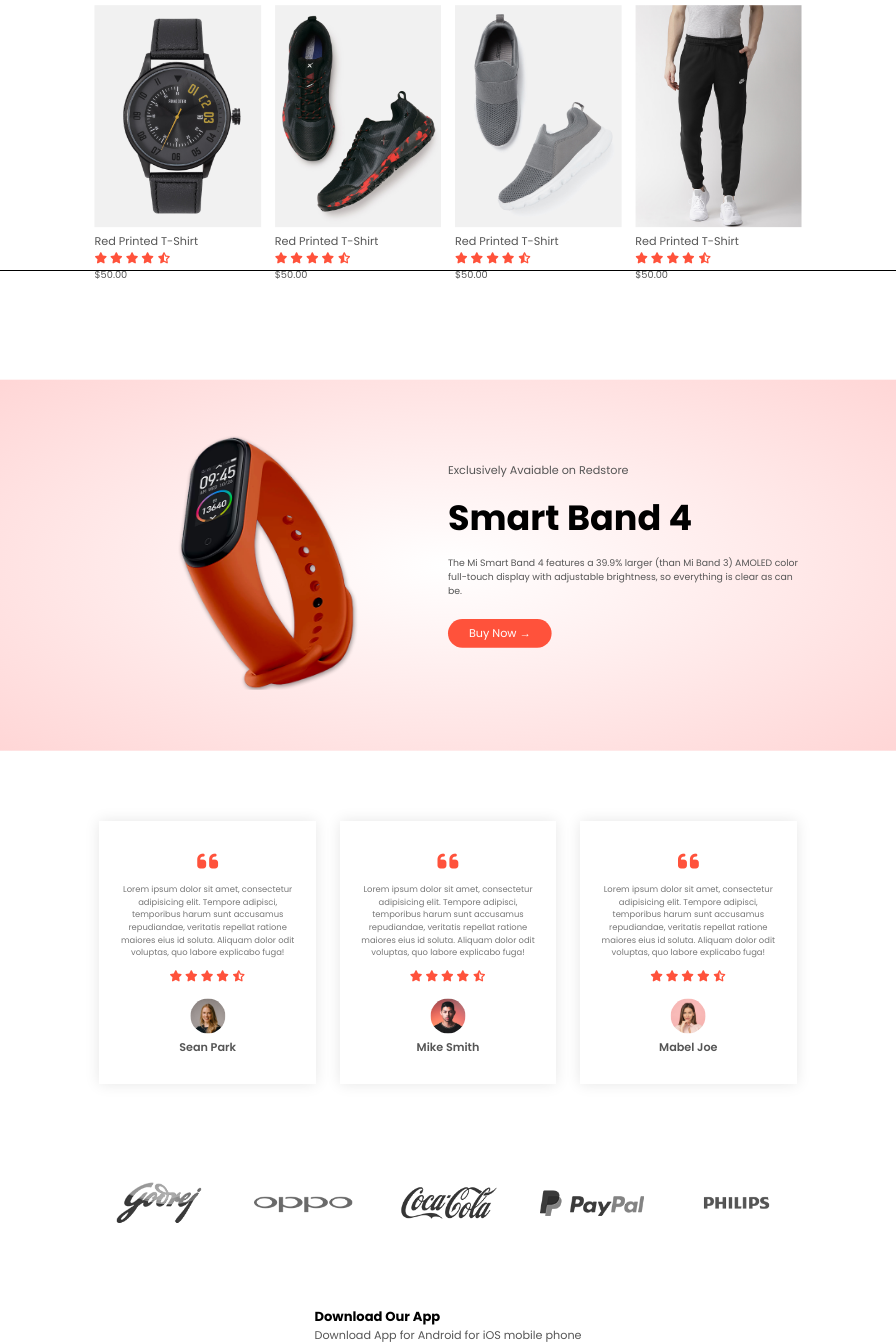
Repository: datvu1608/redsportstore
Page: index.html
The author's editor kept a copy of each file at every save. The page is drawn from the files as they stood at one save, then again after the next save.
The browser window is 1280 px wide. The pictures show the part of the page from y = 2518 to 4438 px (the page is 4438 px tall), at 70% of full size.

Above is the page before, as saved 2023-11-23 15:09:43.

### index.html
<!DOCTYPE html>
<html lang="en">
  <head>
    <meta charset="UTF-8" />
    <meta name="viewport" content="width=device-width, initial-scale=1.0" />
    <title>Restore | Ecommerce Website Design</title>
    <link
      href="https://fonts.googleapis.com/css2?family=Poppins:wght@300;400;500;600;700&display=swap"
      rel="stylesheet"
    />
    <link
      rel="stylesheet"
      href="https://cdnjs.cloudflare.com/ajax/libs/font-awesome/6.4.2/css/all.min.css"
    />
    <link rel="stylesheet" href="./styles.css" />
  </head>
  <body>
    <div class="header">
      <div class="container">
        <div class="navbar">
          <div class="logo">
            <img src="./images/logo.png" alt="" width="125px" />
          </div>
          <nav>
            <ul>
              <li>
                <a href="#">Home</a>
              </li>
              <li>
                <a href="#">Products</a>
              </li>
              <li>
                <a href="#">About</a>
              </li>
              <li>
                <a href="#">Contact</a>
              </li>
              <li>
                <a href="#">Account</a>
              </li>
            </ul>
          </nav>
          <img
            src="./images/cart.png"
            width="30px"
            height="30px"
            alt="cart-icon"
          />
        </div>
        <div class="row">
          <div class="col-2">
            <h1>Give Your Workout <br />A New Style!</h1>
            <p>
              Succes isn't always about greatness. It's about consistency.
              Consistent hard work gains success. Greatness will come.
            </p>
            <a href="" class="btn">Explore Now &#8594;</a>
          </div>
          <div class="col-2">
            <img src="./images/image1.png" alt="" />
          </div>
        </div>
      </div>
    </div>
    <!-- featured categories -->
    <div class="categories">
      <div class="small-container">
        <div class="row">
          <div class="col-3">
            <img src="./images/category-1.jpg" alt="" />
          </div>
          <div class="col-3">
            <img src="./images/category-2.jpg" alt="" />
          </div>
          <div class="col-3">
            <img src="./images/category-3.jpg" alt="" />
          </div>
        </div>
      </div>
    </div>
    <!-- featured-products -->
    <div class="small-container">
      <h2 class="title">Featured Products</h2>
      <div class="row">
        <div class="col-4">
          <img src="./images/product-1.jpg" alt="" />
          <h4>Red Printed T-Shirt</h4>
          <div class="rating">
            <i class="fa-solid fa-star"></i>
            <i class="fa-solid fa-star"></i>
            <i class="fa-solid fa-star"></i>
            <i class="fa-solid fa-star"></i>
            <i class="fa-regular fa-star"></i>
          </div>
          <p>$50.00</p>
        </div>
        <div class="col-4">
          <img src="./images/product-2.jpg" alt="" />
          <h4>Red Printed T-Shirt</h4>
          <div class="rating">
            <i class="fa-solid fa-star"></i>
            <i class="fa-solid fa-star"></i>
            <i class="fa-solid fa-star"></i>
            <i class="fa-solid fa-star"></i>
            <i class="fa-regular fa-star"></i>
          </div>
          <p>$50.00</p>
        </div>
        <div class="col-4">
          <img src="./images/product-3.jpg" alt="" />
          <h4>Red Printed T-Shirt</h4>
          <div class="rating">
            <i class="fa-solid fa-star"></i>
            <i class="fa-solid fa-star"></i>
            <i class="fa-solid fa-star"></i>
            <i class="fa-solid fa-star"></i>
            <i class="fa-solid fa-star-half-stroke"></i>
          </div>
          <p>$50.00</p>
        </div>
        <div class="col-4">
          <img src="./images/product-4.jpg" alt="" />
          <h4>Red Printed T-Shirt</h4>
          <div class="rating">
            <i class="fa-solid fa-star"></i>
            <i class="fa-solid fa-star"></i>
            <i class="fa-solid fa-star"></i>
            <i class="fa-solid fa-star"></i>
            <i class="fa-solid fa-star-half-stroke"></i>
          </div>
          <p>$50.00</p>
        </div>
      </div>
      <h2 class="title">Lates Products</h2>
      <div class="row">
        <div class="col-4">
          <img src="./images/product-5.jpg" alt="" />
          <h4>Red Printed T-Shirt</h4>
          <div class="rating">
            <i class="fa-solid fa-star"></i>
            <i class="fa-solid fa-star"></i>
            <i class="fa-solid fa-star"></i>
            <i class="fa-solid fa-star"></i>
            <i class="fa-regular fa-star"></i>
          </div>
          <p>$50.00</p>
        </div>
        <div class="col-4">
          <img src="./images/product-6.jpg" alt="" />
          <h4>Red Printed T-Shirt</h4>
          <div class="rating">
            <i class="fa-solid fa-star"></i>
            <i class="fa-solid fa-star"></i>
            <i class="fa-solid fa-star"></i>
            <i class="fa-solid fa-star"></i>
            <i class="fa-regular fa-star"></i>
          </div>
          <p>$50.00</p>
        </div>
        <div class="col-4">
          <img src="./images/product-7.jpg" alt="" />
          <h4>Red Printed T-Shirt</h4>
          <div class="rating">
            <i class="fa-solid fa-star"></i>
            <i class="fa-solid fa-star"></i>
            <i class="fa-solid fa-star"></i>
            <i class="fa-solid fa-star"></i>
            <i class="fa-solid fa-star-half-stroke"></i>
          </div>
          <p>$50.00</p>
        </div>
        <div class="col-4">
          <img src="./images/product-8.jpg" alt="" />
          <h4>Red Printed T-Shirt</h4>
          <div class="rating">
            <i class="fa-solid fa-star"></i>
            <i class="fa-solid fa-star"></i>
            <i class="fa-solid fa-star"></i>
            <i class="fa-solid fa-star"></i>
            <i class="fa-solid fa-star-half-stroke"></i>
          </div>
          <p>$50.00</p>
        </div>
        <div class="col-4">
          <img src="./images/product-9.jpg" alt="" />
          <h4>Red Printed T-Shirt</h4>
          <div class="rating">
            <i class="fa-solid fa-star"></i>
            <i class="fa-solid fa-star"></i>
            <i class="fa-solid fa-star"></i>
            <i class="fa-solid fa-star"></i>
            <i class="fa-solid fa-star-half-stroke"></i>
          </div>
          <p>$50.00</p>
        </div>
        <div class="col-4">
          <img src="./images/product-10.jpg" alt="" />
          <h4>Red Printed T-Shirt</h4>
          <div class="rating">
            <i class="fa-solid fa-star"></i>
            <i class="fa-solid fa-star"></i>
            <i class="fa-solid fa-star"></i>
            <i class="fa-solid fa-star"></i>
            <i class="fa-solid fa-star-half-stroke"></i>
          </div>
          <p>$50.00</p>
        </div>
        <div class="col-4">
          <img src="./images/product-11.jpg" alt="" />
          <h4>Red Printed T-Shirt</h4>
          <div class="rating">
            <i class="fa-solid fa-star"></i>
            <i class="fa-solid fa-star"></i>
            <i class="fa-solid fa-star"></i>
            <i class="fa-solid fa-star"></i>
            <i class="fa-solid fa-star-half-stroke"></i>
          </div>
          <p>$50.00</p>
        </div>
        <div class="col-4">
          <img src="./images/product-12.jpg" alt="" />
          <h4>Red Printed T-Shirt</h4>
          <div class="rating">
            <i class="fa-solid fa-star"></i>
            <i class="fa-solid fa-star"></i>
            <i class="fa-solid fa-star"></i>
            <i class="fa-solid fa-star"></i>
            <i class="fa-solid fa-star-half-stroke"></i>
          </div>
          <p>$50.00</p>
        </div>
      </div>
    </div>
    <!-- offer -->
    <div class="offer">
      <div class="small-container">
        <div class="row">
          <div class="col-2">
            <img src="./images/exclusive.png" class="offer-img" alt="" />
          </div>
          <div class="col-2">
            <p>Exclusively Avaiable on Redstore</p>
            <h1>Smart Band 4</h1>
            <small
              >The Mi Smart Band 4 features a 39.9% larger (than Mi Band 3)
              AMOLED color full-touch display with adjustable brightness, so
              everything is clear as can be.
            </small>
            <a href="#" class="btn">Buy Now &#8594;</a>
          </div>
        </div>
      </div>
    </div>
    <!-- testimonial -->
    <div class="testimonial">
      <div class="small-container">
        <div class="row">
          <div class="col-3">
            <i class="fa-solid fa-quote-left"></i>
            <p>
              Lorem ipsum dolor sit amet, consectetur adipisicing elit. Tempore
              adipisci, temporibus harum sunt accusamus repudiandae, veritatis
              repellat ratione maiores eius id soluta. Aliquam dolor odit
              voluptas, quo labore explicabo fuga!
            </p>
            <div class="rating">
              <i class="fa-solid fa-star"></i>
              <i class="fa-solid fa-star"></i>
              <i class="fa-solid fa-star"></i>
              <i class="fa-solid fa-star"></i>
              <i class="fa-solid fa-star-half-stroke"></i>
            </div>
            <img src="./images/user-1.png" alt="" />
            <h3>Sean Park</h3>
          </div>
          <div class="col-3">
            <i class="fa-solid fa-quote-left"></i>
            <p>
              Lorem ipsum dolor sit amet, consectetur adipisicing elit. Tempore
              adipisci, temporibus harum sunt accusamus repudiandae, veritatis
              repellat ratione maiores eius id soluta. Aliquam dolor odit
              voluptas, quo labore explicabo fuga!
            </p>
            <div class="rating">
              <i class="fa-solid fa-star"></i>
              <i class="fa-solid fa-star"></i>
              <i class="fa-solid fa-star"></i>
              <i class="fa-solid fa-star"></i>
              <i class="fa-solid fa-star-half-stroke"></i>
            </div>
            <img src="./images/user-2.png" alt="" />
            <h3>Mike Smith</h3>
          </div>
          <div class="col-3">
            <i class="fa-solid fa-quote-left"></i>
            <p>
              Lorem ipsum dolor sit amet, consectetur adipisicing elit. Tempore
              adipisci, temporibus harum sunt accusamus repudiandae, veritatis
              repellat ratione maiores eius id soluta. Aliquam dolor odit
              voluptas, quo labore explicabo fuga!
            </p>
            <div class="rating">
              <i class="fa-solid fa-star"></i>
              <i class="fa-solid fa-star"></i>
              <i class="fa-solid fa-star"></i>
              <i class="fa-solid fa-star"></i>
              <i class="fa-solid fa-star-half-stroke"></i>
            </div>
            <img src="./images/user-3.png" alt="" />
            <h3>Mabel Joe</h3>
          </div>
        </div>
      </div>
    </div>
    <!-- brands -->
    <div class="brands">
      <div class="small-container">
        <div class="row">
          <div class="col-5">
            <img src="./images/logo-godrej.png" alt="" />
          </div>
          <div class="col-5">
            <img src="./images/logo-oppo.png" alt="" />
          </div>
          <div class="col-5">
            <img src="./images/logo-coca-cola.png" alt="" />
          </div>
          <div class="col-5">
            <img src="./images/logo-paypal.png" alt="" />
          </div>
          <div class="col-5">
            <img src="./images/logo-philips.png" alt="" />
          </div>
        </div>
      </div>
    </div>
    <!-- footer -->
    <div class="footer">
      <div class="container">
        <div class="row">
          <div class="footer-col-1">
            <h3>Download Our App</h3>
            <p>Download App for Android for iOS mobile phone</p>
          </div>
        </div>
      </div>
    </div>
  </body>
</html>

### styles.css
* {
  margin: 0;
  padding: 0;
  box-sizing: border-box;
}
body {
  font-family: 'Poppins', sans-serif;
}
a {
  text-decoration: none;
}
.navbar {
  display: flex;
  align-items: center;
  padding: 20px;
}
nav {
  flex: 1;
  text-align: right;
}
nav ul {
  display: inline-block;
  list-style-type: none;
}
nav ul li {
  display: inline-block;
  margin-right: 20px;
}
nav ul li a {
  text-decoration: none;
  color: #555;
}

p {
  color: #555;
}
.container {
  max-width: 1300px;
  margin: auto;
  padding-left: 25px;
  padding-right: 25px;
}
.row {
  display: flex;
  align-items: center;
  flex-wrap: wrap;
  justify-content: space-around;
}
.col-2 {
  flex-basis: 50%;
  min-width: 300px;
}
.col-2 img {
  max-width: 100%;
  padding: 50px 0;
}
.col-2 h1 {
  font-size: 50px;
  line-height: 60px;
  margin: 25px 0;
}
.btn {
  display: inline-block;
  background: #ff523b;
  border-radius: 30px;
  color: #fff;
  padding: 8px 30px;
  margin: 30px 0;
  transition: 0.5s;
}
.btn:hover {
  background: #563434;
}
.header {
  background: radial-gradient(#fff, #ffd6d6);
}
.header .row {
  margin-top: 70px;
}

.categories {
  margin: 70px 0;
}
.col-3 {
  flex-basis: 30%;
  min-width: 250px;
  margin-bottom: 30px;
}
.col-3 img {
  width: 100%;
}
.small-container {
  max-width: 1080px;
  margin: auto;
  padding-left: 25px;
  padding-right: 25px;
}
.col-4 {
  flex-basis: 25%;
  padding: 10px;
  min-width: 200px;
  margin-bottom: 50px;
  transition: 0.5s;
}
.col-4 img {
  width: 100%;
}

.title {
  text-align: center;
  margin: 0 auto 80px;
  position: relative;
  line-height: 60px;
  color: #555;
}
.title::after {
  content: '';
  background: #ff523b;
  width: 80px;
  height: 5px;
  position: absolute;
  border-radius: 5px;
  bottom: 0;
  left: 50%;
  transform: translateX(-50%);
}
h4 {
  color: #555;
  font-weight: normal;
}
.col-4 p {
  font-size: 14px;
}
.rating .fa-star,
.fa-star-half-stroke {
  color: #ff523b;
}

.col-4:hover {
  transform: translateY(-10px);
}
.offer {
  background: radial-gradient(#fff, #ffd6d6);
  margin-top: 80px;
  padding: 30px 0;
}
.col-2 .offer-img {
  padding: 50px;
}
small {
  color: #555;
  display: block;
}

/* Testimonial */
.testimonial {
  padding-top: 100px;
}
.testimonial .col-3 {
  text-align: center;
  padding: 40px 20px;
  box-shadow: 0 0 20px 0px rgba(0, 0, 0, 0.1);
  cursor: pointer;
  transition: transform 0.5s;
}
.testimonial .col-3 img {
  width: 50px;
  margin-top: 20px;
  border-radius: 50%;
}
.testimonial .col-3:hover {
  transform: translateY(-10px);
}
.fa-solid.fa-quote-left {
  font-size: 34px;
  color: #ff523b;
}
.col-3 p {
  font-size: 12px;
  margin: 12px 0;
  color: #777;
}
.testimonial .col-3 h3 {
  font-weight: 600;
  color: #555;
  font-size: 16px;
}
/* brands */
.brands {
  margin: 100px auto;
}
.col-5 {
  width: 160px;
}
.col-5 img {
  width: 100%;
  cursor: pointer;
  filter: grayscale(100%);
}
.col-5 img:hover {
  filter: grayscale(0);
}

After the next save:
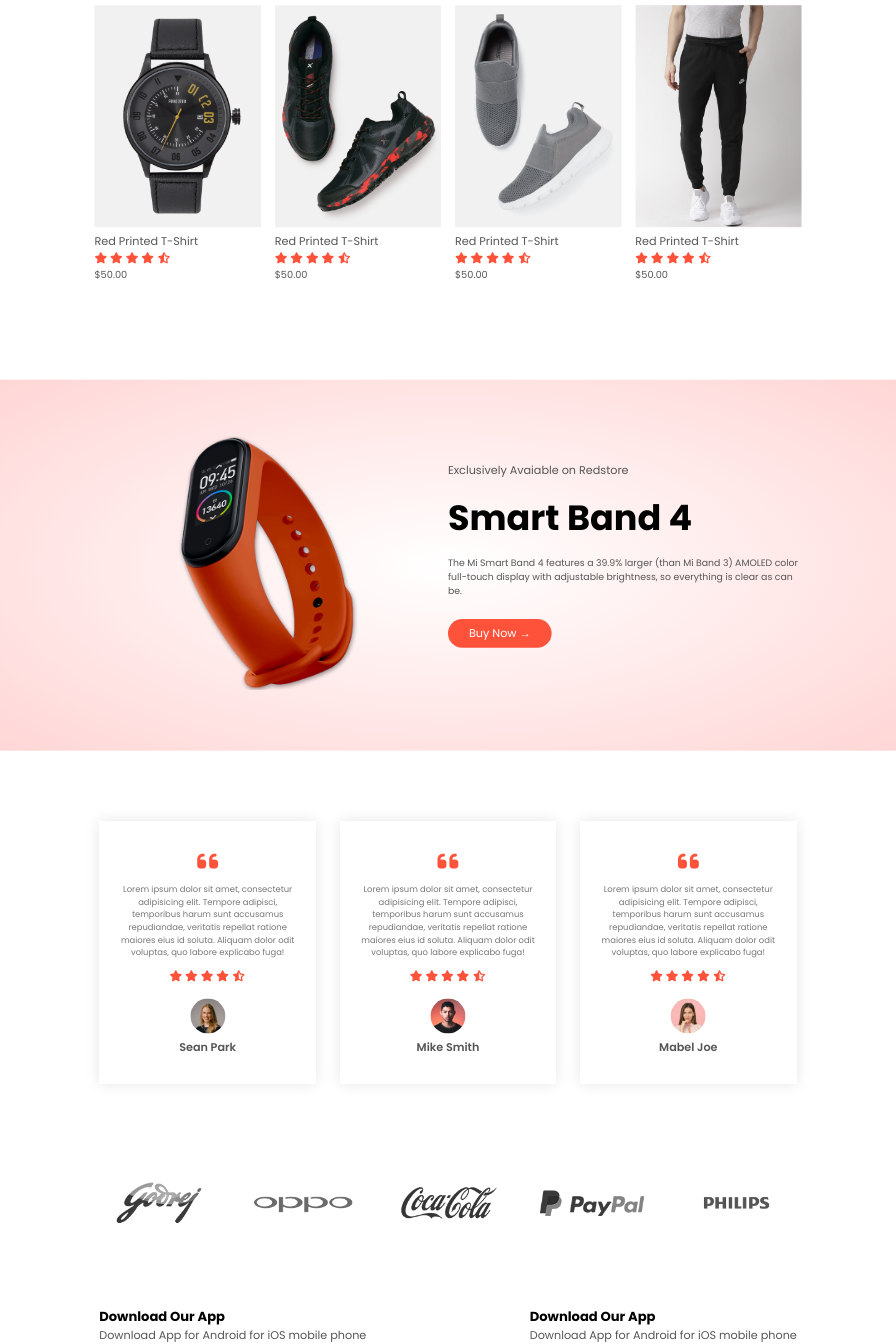
Saved 10 s later.
--- a/index.html
+++ b/index.html
@@ -342,6 +342,10 @@
             <h3>Download Our App</h3>
             <p>Download App for Android for iOS mobile phone</p>
           </div>
+          <div class="footer-col-2">
+            <h3>Download Our App</h3>
+            <p>Download App for Android for iOS mobile phone</p>
+          </div>
         </div>
       </div>
     </div>
